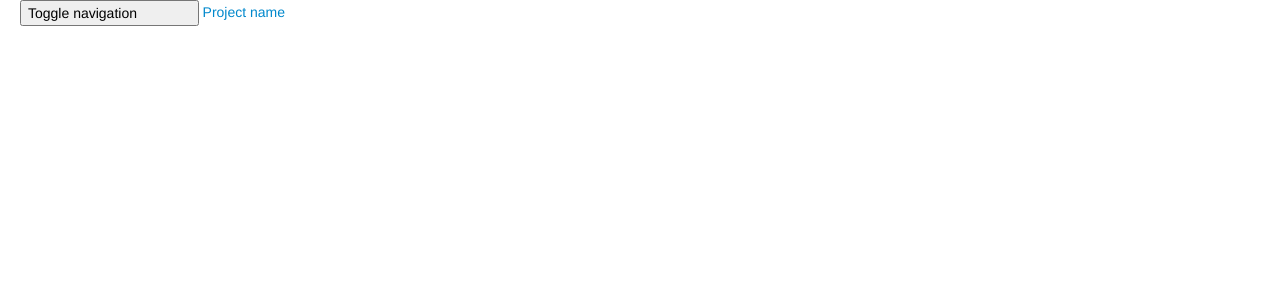
Repository: soniclavier/HadoopExpress
Page: HadoopExpressUI/HeUI/WebContent/index.html
These files come from the project's save history. The page is drawn as it stood at one moment and after the next save; the edit follows.
The browser window is 1280 px wide. The pictures show the whole page.
Pictures or frames that could not be fetched are drawn as grey boxes. Some web libraries are served in a nearby version.

Above is the page before, as saved 2015-01-29 03:28:08.

### HadoopExpressUI/HeUI/WebContent/index.html
<!DOCTYPE html>
<html lang="en">
<head>
<meta charset="utf-8">
<meta http-equiv="X-UA-Compatible" content="IE=edge">
<meta name="viewport"
	content="width=device-width, initial-scale=1 user-scalable=no"">
<title>Express Dashboard</title>
<link href="css/bootstrap.min.css" rel="stylesheet">
<script
	src="https://ajax.googleapis.com/ajax/libs/jquery/1.11.2/jquery.min.js"></script>
<script src="js/bootstrap.min.js"></script>

<!-- HTML5 shim and Respond.js for IE8 support of HTML5 elements and media queries -->
<!-- WARNING: Respond.js doesn't work if you view the page via file:// -->
<!--[if lt IE 9]>
      <script src="https://oss.maxcdn.com/html5shiv/3.7.2/html5shiv.min.js"></script>
      <script src="https://oss.maxcdn.com/respond/1.4.2/respond.min.js"></script>
    <![endif]-->
</head>
<body>
	<nav class="navbar navbar-inverse navbar-fixed-top">
		<div class="container-fluid">
			<div class="navbar-header">
				<button type="button" class="navbar-toggle collapsed"
					data-toggle="collapse" data-target="#navbar" aria-expanded="false"
					aria-controls="navbar">
					<span class="sr-only">Toggle navigation</span> <span
						class="icon-bar"></span> <span class="icon-bar"></span> <span
						class="icon-bar"></span>
				</button>
				<a class="navbar-brand" href="#">Project name</a>
			</div>
			<div id="navbar" class="navbar-collapse collapse">
				<ul class="nav navbar-nav navbar-right">
					<li><a href="#">Dashboard</a></li>
					<li><a href="#">Settings</a></li>
					<li><a href="#">Profile</a></li>
					<li><a href="#">Help</a></li>
				</ul>
				<form class="navbar-form navbar-right">
					<input type="text" class="form-control" placeholder="Search...">
				</form>
			</div>
		</div>
	</nav>
	<div class="container-fluid"></div>
</body>
</html>

Loaded but not shown: HadoopExpressUI/HeUI/WebContent/css/bootstrap.min.css (library); HadoopExpressUI/HeUI/WebContent/js/bootstrap.min.js (library)

After the next save:
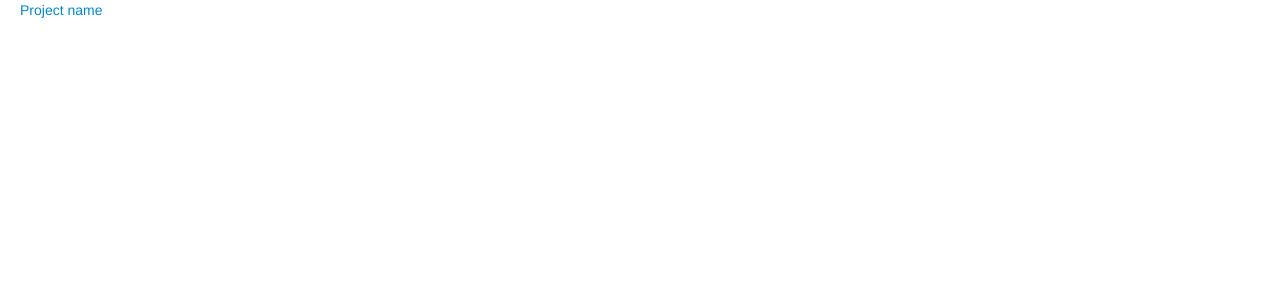
Saved 75 s later.
--- a/HadoopExpressUI/HeUI/WebContent/index.html
+++ b/HadoopExpressUI/HeUI/WebContent/index.html
@@ -22,13 +22,6 @@
 	<nav class="navbar navbar-inverse navbar-fixed-top">
 		<div class="container-fluid">
 			<div class="navbar-header">
-				<button type="button" class="navbar-toggle collapsed"
-					data-toggle="collapse" data-target="#navbar" aria-expanded="false"
-					aria-controls="navbar">
-					<span class="sr-only">Toggle navigation</span> <span
-						class="icon-bar"></span> <span class="icon-bar"></span> <span
-						class="icon-bar"></span>
-				</button>
 				<a class="navbar-brand" href="#">Project name</a>
 			</div>
 			<div id="navbar" class="navbar-collapse collapse">

After the save that followed:
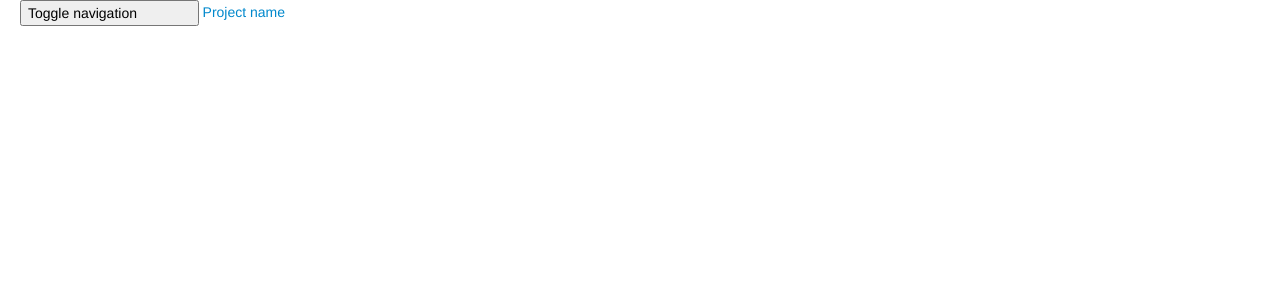
Saved 119 s later.
--- a/HadoopExpressUI/HeUI/WebContent/index.html
+++ b/HadoopExpressUI/HeUI/WebContent/index.html
@@ -19,9 +19,16 @@
     <![endif]-->
 </head>
 <body>
-	<nav class="navbar navbar-inverse navbar-fixed-top">
+	<nav class="navbar navbar-default navbar-fixed-top">
 		<div class="container-fluid">
 			<div class="navbar-header">
+				<button type="button" class="navbar-toggle collapsed"
+					data-toggle="collapse" data-target="#navbar" aria-expanded="false"
+					aria-controls="navbar">
+					<span class="sr-only">Toggle navigation</span> <span
+						class="icon-bar"></span> <span class="icon-bar"></span> <span
+						class="icon-bar"></span>
+				</button>
 				<a class="navbar-brand" href="#">Project name</a>
 			</div>
 			<div id="navbar" class="navbar-collapse collapse">
